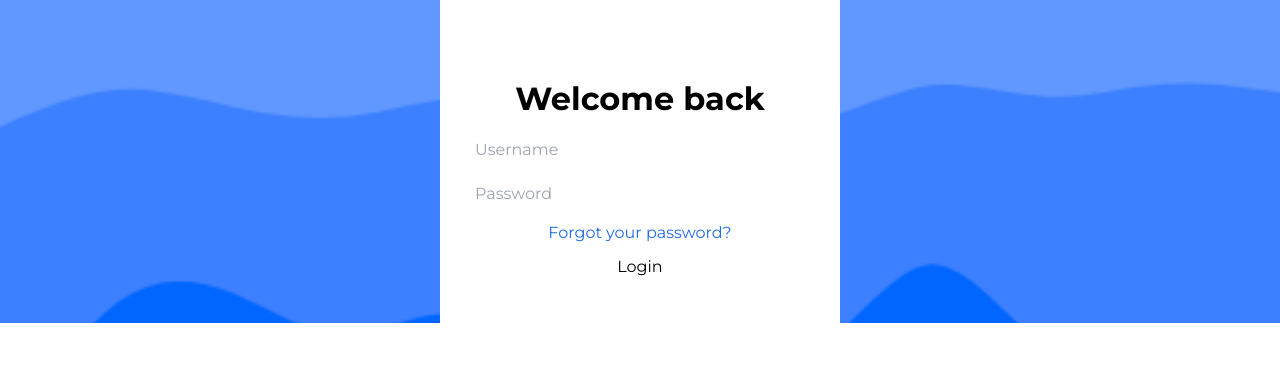
Repository: SatohJiro/CourseSale
Page: /
The author's editor kept a copy of each file at every save. The page is drawn from the files as they stood at one save, then again after the next save.
The browser window is 1280 px wide. The pictures show the whole page.
The project was rebuilt for these pictures with package versions that can differ from the ones it lists, and the page was loaded fresh each time. Also part of the build but not shown: src/pages/Home/index.js, src/pages/Courses/index.js, src/layout/DefaultLayout/DefaultLayout.module.scss, src/layout/components/Header/Header.module.scss, src/layout/components/Header/index.js, src/layout/components/Sidebar/Sidebar.module.scss, src/layout/components/Sidebar/index.js, src/layout/DefaultLayout/index.js.

Above is the page before, as saved 2022-12-05 11:01:39.

### public/index.html
<!DOCTYPE html>
<html lang="en">
  <head>
    <meta charset="utf-8" />
    <link rel="icon" href="%PUBLIC_URL%/favicon.ico" />
    <meta name="viewport" content="width=device-width, initial-scale=1" />
    <meta name="theme-color" content="#000000" />
    <meta
      name="description"
      content="Web site created using create-react-app"
    />
    <link rel="apple-touch-icon" href="%PUBLIC_URL%/logo192.png" />
    <!--
      manifest.json provides metadata used when your web app is installed on a
      user's mobile device or desktop. See https://developers.google.com/web/fundamentals/web-app-manifest/
    -->
    <link rel="manifest" href="%PUBLIC_URL%/manifest.json" />
    <!--
      Notice the use of %PUBLIC_URL% in the tags above.
      It will be replaced with the URL of the `public` folder during the build.
      Only files inside the `public` folder can be referenced from the HTML.

      Unlike "/favicon.ico" or "favicon.ico", "%PUBLIC_URL%/favicon.ico" will
      work correctly both with client-side routing and a non-root public URL.
      Learn how to configure a non-root public URL by running `npm run build`.
    -->
    <title>Course Sale</title>
  </head>
  <body>
    <noscript>You need to enable JavaScript to run this app.</noscript>
    <div id="root"></div>
    <!--
      This HTML file is a template.
      If you open it directly in the browser, you will see an empty page.

      You can add webfonts, meta tags, or analytics to this file.
      The build step will place the bundled scripts into the <body> tag.

      To begin the development, run `npm start` or `yarn start`.
      To create a production bundle, use `npm run build` or `yarn build`.
    -->
  </body>
</html>

### src/index.js
import React from "react";
import ReactDOM from "react-dom/client";
import App from "./App";
import reportWebVitals from "./reportWebVitals";

import GlobalStyles from "~/components/GlobalStyles";

const root = ReactDOM.createRoot(document.getElementById("root"));
root.render(
  <React.StrictMode>
    <GlobalStyles>
      <App />
    </GlobalStyles>
  </React.StrictMode>
);

// If you want to start measuring performance in your app, pass a function
// to log results (for example: reportWebVitals(console.log))
// or send to an analytics endpoint. Learn more: https://bit.ly/CRA-vitals
reportWebVitals();

### src/App.js
import { Fragment } from "react";
import { BrowserRouter as Router, Routes, Route } from "react-router-dom";
import { publicRoutes } from "~/routes";
import { DefaultLayout } from "~/layout";
import Login from "./pages/Login/Login";

function App() {
  return (
    // <Router>
    //   <div className="App">
    //     <Routes>
    //       {publicRoutes.map((route, index) => {
    //         let Layout = DefaultLayout;
    //         if (route.layout) {
    //           Layout = route.layout;
    //         } else if (route.layout === null) {
    //           Layout = Fragment;
    //         }
    //         const Page = route.component;
    //         return (
    //           <Route
    //             key={index}
    //             path={route.path}
    //             element={
    //               <Layout>
    //                 <Page />
    //               </Layout>
    //             }
    //           />
    //         );
    //       })}
    //     </Routes>
    //   </div>
    // </Router>
    <Login></Login>
  );
}

export default App;

### src/components/GlobalStyles/index.js
import './GlobalStyles.scss'

function GlobalStyles({children}){
    return children
}
export default GlobalStyles

### src/routes/index.js
import { ROUTE_NAME } from "./routesConstant";

import Home from "~/pages/Home";
import Courses from "~/pages/Courses";
import Login from "~/pages/Login/Login";

const publicRoutes = [
  { path: ROUTE_NAME.ROOT, component: Home },
  { path: ROUTE_NAME.COURSES, component: Courses },
  { path: ROUTE_NAME.LOGIN, component: Login },
];
const privateRoutes = [];
export { publicRoutes, privateRoutes };

### src/layout/index.js
export {default as DefaultLayout} from './DefaultLayout'

### src/pages/Login/Login.jsx
import React from "react";

const Login = () => {
  return (
    <>
      <div className="grid place-items-center m-0 px-[24px] bg-login bg-no-repeat bg-cover animate-background-pan">
        <div className="w-[400px] px-[30px] pt-[70px] pb-[44px] round-[24px] bg-white text-center">
          <h2 className="mt-2 mb-4 text-[32px] font-bold">Welcome back</h2>
          <form action="" className="grid gap-4">
            <input className="p-2" type="text" placeholder="Username" />
            <input className="p-2" type="password" placeholder="Password" />
            <a href="#" className="text-link">
              Forgot your password?
            </a>
            <butotn>Login</butotn>
          </form>
        </div>
      </div>
    </>
  );
};

export default Login;

### src/components/GlobalStyles/GlobalStyles.scss
@tailwind base;
@tailwind components;
@tailwind utilities;
@import "normalize.css";
@import url("https://fonts.googleapis.com/css2?family=Montserrat:wght@300;400;500;600;700&display=swap");

:root {
}
* {
  margin: 0;
  padding: 0;
  box-sizing: border-box;
}
html {
  font-size: 62.5%;
  a {
    color: #fff;
  }
}
body {
  font-family: "Montserrat";
  font-size: 1.6rem;
  line-height: 1.5;
  text-rendering: optimizeSpeed;
}

### src/routes/routesConstant.js
const HOME = "/";
const COURSES = "/courses";
const LOGIN = "/login";

export const ROUTE_NAME = {
  LOGIN: LOGIN,
  ROOT: HOME,
  COURSES: COURSES,
};

### src/layout/components/Sidebar/Sidebar.js
import classNames from "classnames/bind";
import style from "./Sidebar.module.scss";

import { ROUTE_NAME } from "~/routes/routesConstant";
import { AiOutlineHome, AiOutlineUnorderedList } from "react-icons/ai";

import { Link } from "react-router-dom";
import { useState } from "react";

const cx = classNames.bind(style);

const listTab = [
  {
    name: "home",
    path: ROUTE_NAME.ROOT,
    title: "Trang chủ",
    icon: <AiOutlineHome className={cx("menu-icon")} />,
  },
  {
    name: "courses",
    path: ROUTE_NAME.COURSES,
    title: "Khóa học",
    icon: <AiOutlineUnorderedList className={cx("menu-icon")} />,
  },
];
function Sidebar() {
  const [tabActive, setTabActive] = useState(listTab[0].name);
  return (
    <div className={cx("wrapper")}>
      <div className={cx("menu-wrapper")}>
        {listTab.map((item, index) => {
          return (
            <Link
              to={item.path}
              className={cx(
                "menu-item",
                tabActive === item.name ? "active" : null
              )}
              key={index}
              onClick={() => {
                setTabActive(item.name);
              }}
            >
              {item.icon}
              <span className={cx("menu-title")}>{item.title}</span>
            </Link>
          );
        })}
      </div>
    </div>
  );
}

export default Sidebar;

### tailwind.config.js
/** @type {import('tailwindcss').Config} */
module.exports = {
  content: ["./src/**/*.{js,jsx,ts,tsx}"],
  theme: {
    extend: {
      colors: {
        link: "#216ce7",
      },
      backgroundImage: {
        login: "url('../assets/img/login/login.png')",
      },
      keyframs: {
        pan: {
          "100%": { backgroundPosition: "15% 50%" },
        },
      },
      animation: {
        "background-pan": "pan 6s infinite alternate linear",
      },
    },
  },
  plugins: [],
};

Loaded but not shown: src/reportWebVitals.js (common file)

After the next save:
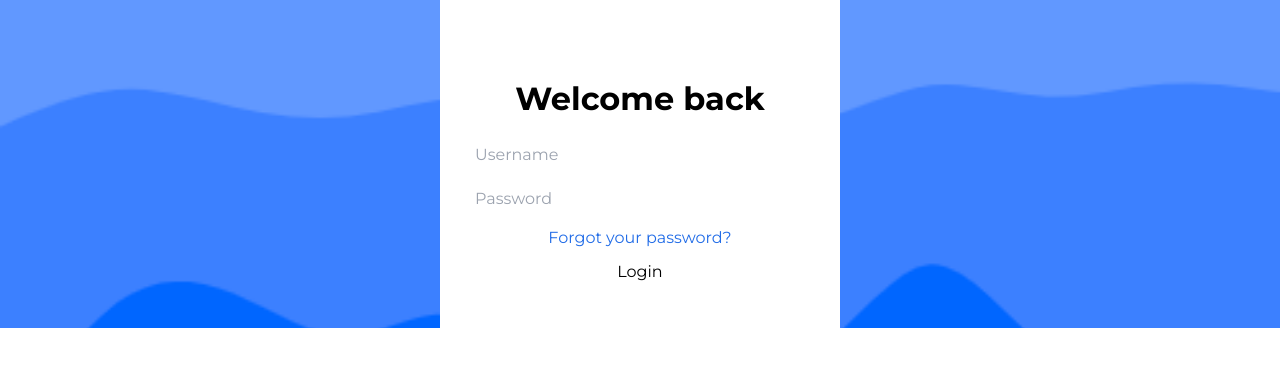
Saved 7 s later.
--- a/src/pages/Login/Login.jsx
+++ b/src/pages/Login/Login.jsx
@@ -5,7 +5,7 @@ const Login = () => {
     <>
       <div className="grid place-items-center m-0 px-[24px] bg-login bg-no-repeat bg-cover animate-background-pan">
         <div className="w-[400px] px-[30px] pt-[70px] pb-[44px] round-[24px] bg-white text-center">
-          <h2 className="mt-2 mb-4 text-[32px] font-bold">Welcome back</h2>
+          <h2 className="mt-2 mb-6 text-[32px] font-bold">Welcome back</h2>
           <form action="" className="grid gap-4">
             <input className="p-2" type="text" placeholder="Username" />
             <input className="p-2" type="password" placeholder="Password" />
